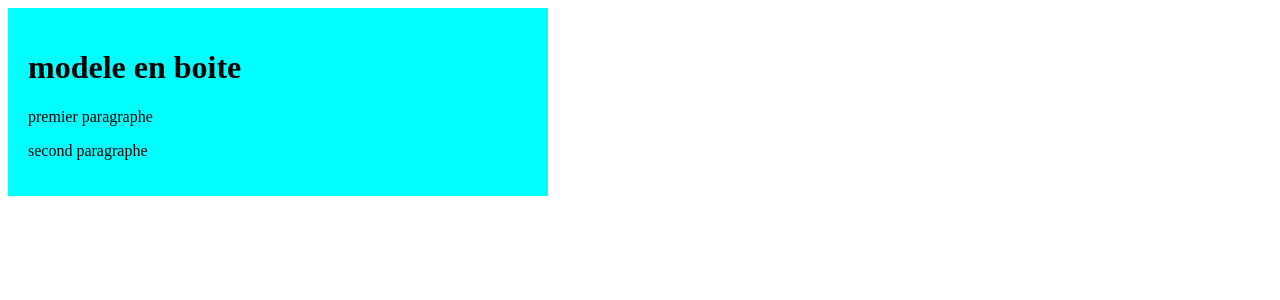
Repository: Poulpyto/fitec
Page: workspaceHtmlFlo/PremierTp_htmlCss/WebContent/ModelenBoite.html
An editor plug-in stored every save of this project. The page is shown before and after the next save, followed by the edit.
The browser window is 1280 px wide. The pictures show the whole page.

Above is the page before, as saved 2017-04-04 08:01:36.

### workspaceHtmlFlo/PremierTp_htmlCss/WebContent/ModelenBoite.html
<!DOCTYPE html>
<html>
<head>
<meta charset="UTF-8">
	<title>Modele en boite</title>
	<link rel="stylesheet" href="css/style5.css" />
</head>
<body>
	<div>
		<h1> modele en boite</h1>
		<p>premier paragraphe</p>
		<p>second paragraphe </p>
	</div>
</body>
</html>

### workspaceHtmlFlo/PremierTp_htmlCss/WebContent/css/style5.css
@CHARSET "UTF-8";

div {
	background-color: cyan;
	width:500px;
	padding: 20px;

}

After the next save:
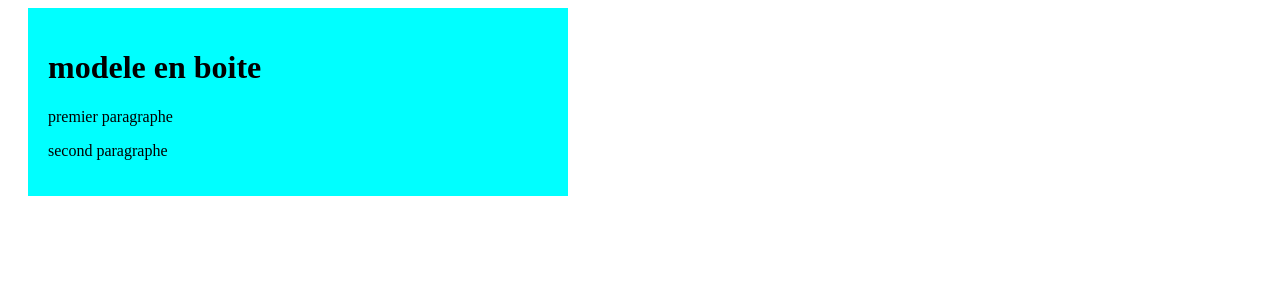
Saved 53 s later.
--- a/workspaceHtmlFlo/PremierTp_htmlCss/WebContent/css/style5.css
+++ b/workspaceHtmlFlo/PremierTp_htmlCss/WebContent/css/style5.css
@@ -4,5 +4,6 @@ div {
 	background-color: cyan;
 	width:500px;
 	padding: 20px;
+	margin-left: 20px;
 
 }
